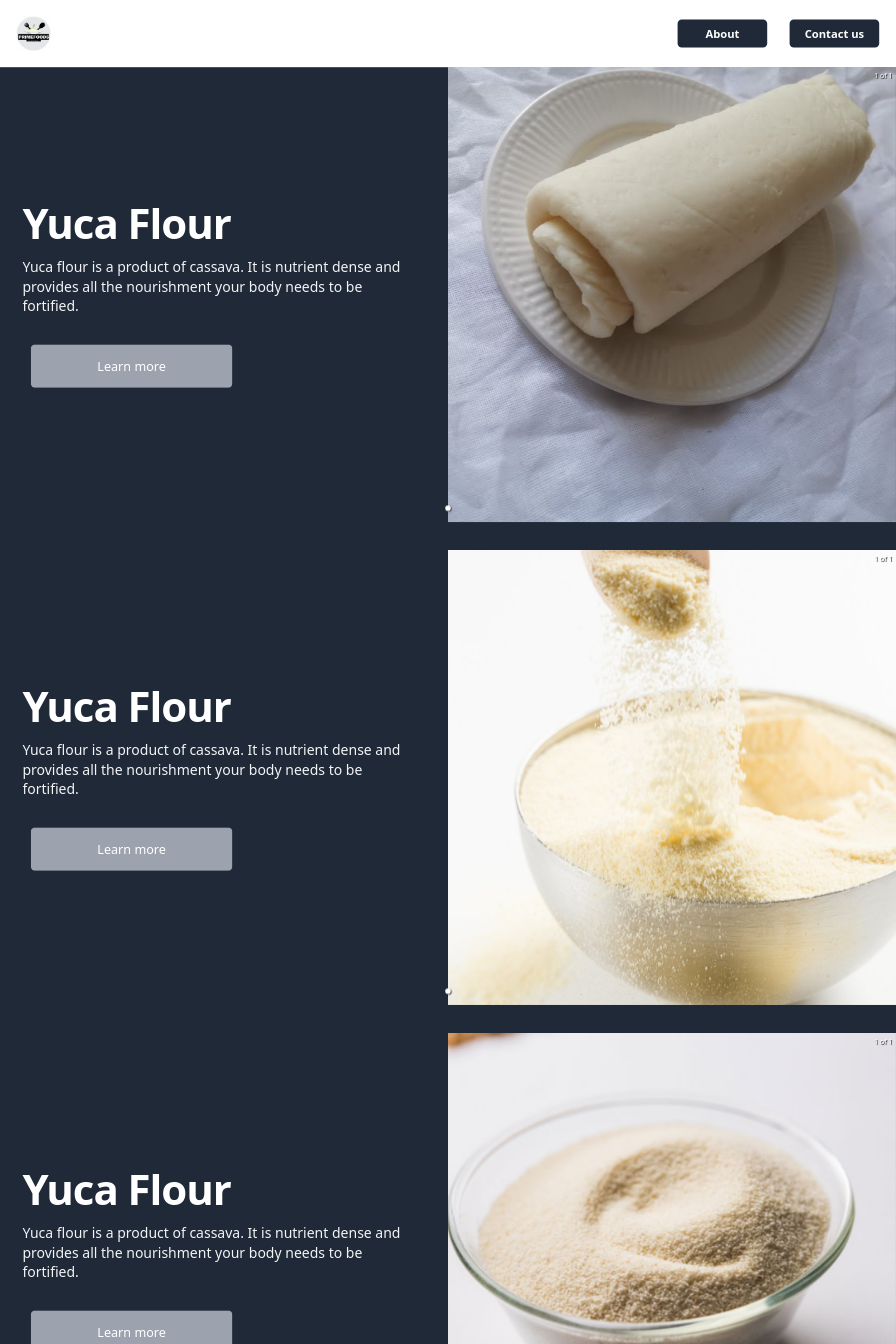
Repository: bellatrick/prime-foods
Page: /
The author's editor kept a copy of each file at every save. The page is drawn from the files as they stood at one save, then again after the next save.
The browser window is 1280 px wide. The pictures show the part of the page from y = 0 to 1920 px (the page is 3732 px tall before and 3816 px after), at 70% of full size.
Some web fonts or font styles are not loaded; a fallback is used. The project was rebuilt for these pictures with package versions that can differ from the ones it lists, and the page was loaded fresh each time.

Above is the page before, as saved 2022-05-01 11:59:07.

### public/index.html
<!DOCTYPE html>
<html lang="en">
  <head>
    <meta charset="utf-8" />
    <link rel="icon" href="%PUBLIC_URL%/favicon.ico" />
    <meta name="viewport" content="width=device-width, initial-scale=1" />
    <meta name="theme-color" content="#000000" />
    <meta
      name="description"
      content="Web site created using create-react-app"
    />
    <link rel="apple-touch-icon" href="%PUBLIC_URL%/logo192.png" />
    <link rel="preconnect" href="https://fonts.googleapis.com" />
    <link rel="preconnect" href="https://fonts.gstatic.com" crossorigin />
    <link
      href="https://fonts.googleapis.com/css2?family=Dancing+Script:wght@400;500;600;700&family=Inter:wght@100;200;300;400;500;700;900&family=Kavoon&display=swap"
      rel="stylesheet"
    />
    <!--
      manifest.json provides metadata used when your web app is installed on a
      user's mobile device or desktop. See https://developers.google.com/web/fundamentals/web-app-manifest/
    -->
    <link rel="manifest" href="%PUBLIC_URL%/manifest.json" />
    <!--
      Notice the use of %PUBLIC_URL% in the tags above.
      It will be replaced with the URL of the `public` folder during the build.
      Only files inside the `public` folder can be referenced from the HTML.

      Unlike "/favicon.ico" or "favicon.ico", "%PUBLIC_URL%/favicon.ico" will
      work correctly both with client-side routing and a non-root public URL.
      Learn how to configure a non-root public URL by running `npm run build`.
    -->
    <title>React App</title>
  </head>
  <body>
    <noscript>You need to enable JavaScript to run this app.</noscript>
    <div id="root"></div>
    <!--
      This HTML file is a template.
      If you open it directly in the browser, you will see an empty page.

      You can add webfonts, meta tags, or analytics to this file.
      The build step will place the bundled scripts into the <body> tag.

      To begin the development, run `npm start` or `yarn start`.
      To create a production bundle, use `npm run build` or `yarn build`.
    -->
  </body>
</html>

### src/App.js
import Hero from './components/Hero'
import Features from './components/Features'
import Cta from './components/Cta'
import Footer from './components/Footer'
import './App.css';

function App() {
  return (
    <div className="App">
     <Hero/>
     <Features/>
     <Cta/>
     <Footer/>
    </div>
  );
}

export default App;

### src/components/Hero.jsx
import { Popover } from "@headlessui/react";
import img1 from "../assets/img7.jpg";
import img2 from "../assets/img8.jpg";
import img3 from "../assets/img9.jpg";
import logo from "../assets/prime.jpg";
import Fade from "react-reveal/Fade";
import "react-responsive-carousel/lib/styles/carousel.min.css"; // requires a loader
import { Carousel } from "react-responsive-carousel";
export default function Example() {
  const images = [img1, img2, img3];
  const carouselProps={
    centerMode:true,
    autoPlay:true
  }
  return (
    <div className="relative bg-gray-800">
      <Popover className="relative bg-white shadow">
        <div className="max-w-7xl mx-auto px-4 sm:px-6">
          <div className="flex justify-between items-center py-6  md:space-x-10">
            <div className="flex justify-start lg:w-0 lg:flex-1">
              <img
                src={logo}
                alt=""
                className="h-12 w-auto sm:h-12 object-fill"
              />
            </div>
            <div className="flex gap-8 text-white font-bold cursor-pointer  ">
              <a
                className="hover:bg-gray-400 hover:text-white w-32 py-2 text-white bg-gray-800 rounded-md"
                href="#About"
              >
                About{" "}
              </a>
              <a
                className="hover:bg-gray-400 hover:text-white w-32 py-2 text-white bg-gray-800 rounded-md"
                href="#contact-us"
              >
                Contact us
              </a>
            </div>
          </div>
        </div>
      </Popover>

      {images.map((image) => (
        <Carousel >
          <main className="lg:relative">
            <div className="mx-auto max-w-7xl w-full pt-16 pb-20 text-center lg:py-48 lg:text-left">
              <div className="px-4 lg:w-1/2 sm:px-8 xl:pr-16">
                <Fade left opposite>
                  <h1 className="text-4xl tracking-tight font-extrabold text-white sm:text-5xl md:text-6xl lg:text-5xl xl:text-6xl">
                    <span className="block xl:inline">Yuca Flour</span>{" "}
                  </h1>
                </Fade>
                <Fade right opposite>
                  <p className="mt-3 max-w-md mx-auto text-lg text-gray-100 sm:text-xl md:mt-5 md:max-w-3xl">
                    Yuca flour is a product of cassava. It is nutrient dense and
                    provides all the nourishment your body needs to be
                    fortified.
                  </p>
                </Fade>

                <div className="mt-10 flex justify-center lg:justify-start">
                  <div className="mt-3 sm:mt-0 sm:ml-3">
                    <a
                      href="#About"
                      className="w-72 z-10 flex items-center justify-center px-8 py-2 border border-transparent text-base font-medium rounded-md hover:bg-gray-900 text-white bg-gray-400  cursor-pointer md:py-4 md:text-lg md:px-10"
                    >
                      Learn more
                    </a>
                  </div>
                </div>
              </div>
            </div>

            <Fade bottom opposite>
              <div className="relative w-full h-64 sm:h-72 md:h-96 lg:absolute lg:inset-y-0 lg:right-0 lg:w-1/2 lg:h-full">
                <img
                  className="absolute inset-0 w-full h-full object-cover"
                  src={image}
                  alt=""
                />
              </div>
            </Fade>
          </main>
        </Carousel>
      ))}
      <div className="absolute bottom-0 left-0 right-0 w-full">
        <svg
          xmlns="http://www.w3.org/2000/svg"
          viewBox="0 0 1440 320"
          className="h-48  z-0"
        >
          <path
            fill="#fff"
            fill-opacity="1"
            d="M0,288L48,272C96,256,192,224,288,197.3C384,171,480,149,576,165.3C672,181,768,235,864,250.7C960,267,1056,245,1152,250.7C1248,256,1344,288,1392,304L1440,320L1440,320L1392,320C1344,320,1248,320,1152,320C1056,320,960,320,864,320C768,320,672,320,576,320C480,320,384,320,288,320C192,320,96,320,48,320L0,320Z"
          ></path>
        </svg>
      </div>
    </div>
  );
}

### src/components/Features.jsx
import img1 from "../assets/img2.jpg";
import img2 from "../assets/img3.png";
import img3 from "../assets/img4.jfif";
import Fade from "react-reveal/Fade";
const posts = [
  {
    title: "Yuca flour is as healthy as it can get",
    description:
      "Yuca does not contain trans fatty acids, saturated fats or cholesterol. This helps to greatly reduce the risk of high cholesterol as well as heart disease.",
    imageUrl: img2,
  },
  {
    title: " Low in Calories and Gives energy",
    description:
      "Carbohydrates are the body’s main source of energy and at least, a third of your diet should include carb-rich foods like Yuca flour",
    imageUrl: img1,

  },
  {
    title: "Protects the heart",
    description:
      "Yuca is rich in nutrients like fiber, folate, and magnesium – all of which boost heart function and may reduce your risk of heart disease",
    imageUrl: img3,
  },
];

export default function Example() {
  return (
    <div className="relative bg-gray-50 pt-16 pb-20 px-4 sm:px-6 lg:pt-24 lg:pb-28 lg:px-8" id='About'>
      <div className="absolute inset-0">
        <div className="bg-white h-1/3 sm:h-2/3" />
      </div>
      <div className="relative max-w-7xl mx-auto">
        <div className="text-center">
          <h2 className="text-3xl tracking-tight font-extrabold text-gray-600 sm:text-4xl">
            About Yuca Flour
          </h2>
          <p className="mt-3 max-w-2xl mx-auto text-xl text-gray-500 sm:mt-4">
            Lorem ipsum dolor sit amet consectetur, adipisicing elit. Ipsa
            libero labore natus atque, ducimus sed.
          </p>
        </div>
        <>
          <div className="mt-12 max-w-lg mx-auto grid gap-5 lg:grid-cols-3 lg:max-w-none">
            {posts.map((post) => (
              <Fade cascade opposite left>
                <div
                  key={post.title}
                  className="flex flex-col rounded-lg shadow-lg overflow-hidden"
                >
                  <div className="flex-shrink-0">
                    <img
                      className="h-48 w-full object-cover"
                      src={post.imageUrl}
                      alt="feature img"
                    />
                  </div>
                  <div className="flex-1 bg-white p-6 flex flex-col justify-between">
                    <div className="flex-1">
                      <a href={post.href} className="block mt-2">
                        <p className="text-xl font-semibold text-gray-600">
                          {post.title}
                        </p>
                        <p className="mt-3 text-base text-gray-500">
                          {post.description}
                        </p>
                      </a>
                    </div>
                    <div className="mt-6 flex items-center"></div>
                  </div>
                </div>
              </Fade>
            ))}
          </div>
        </>
      </div>
    </div>
  );
}

### src/components/Cta.jsx
import img1 from "../assets/img9.jpg";
import Slide from "react-reveal/Slide";
import Fade from "react-reveal/Fade";
export default function Example() {
  return (
    <div className="bg-white relative" id="contact-us">
         <div className="absolute bottom-0 left-0 right-0">
        <svg xmlns="http://www.w3.org/2000/svg" viewBox="0 0 1440 320">
          <path
            fill="#fff"
            fill-opacity="1"
            d="M0,288L48,272C96,256,192,224,288,197.3C384,171,480,149,576,165.3C672,181,768,235,864,250.7C960,267,1056,245,1152,250.7C1248,256,1344,288,1392,304L1440,320L1440,320L1392,320C1344,320,1248,320,1152,320C1056,320,960,320,864,320C768,320,672,320,576,320C480,320,384,320,288,320C192,320,96,320,48,320L0,320Z"
          ></path>
        </svg>
      </div>
      <div className="max-w-7xl mx-auto py-16 px-4 sm:px-6 lg:px-8">
        <div className="bg-gray-800 rounded-lg shadow-xl overflow-hidden lg:grid lg:grid-cols-2 lg:gap-4">
          <div className="pt-6 pb-12 px-6 sm:pt-10 sm:px-16 lg:py-16 lg:pr-0 xl:py-16 xl:px-20">
            <div className="lg:self-center">
              <h2 className="text-2xl font-extrabold text-white sm:text-4xl">
                <Fade left>
                  <span className="block">Ready to dive in?</span>
                </Fade>
                <Fade right>
                  {" "}
                  <span className="block text-gray-300">Contact us today!</span>
                </Fade>
              </h2>
              <Slide left>
                {" "}
                <p className="mt-4 text-lg leading-6 text-white">
                  Delivery is speedy and arrives at your doorstep in no time!
                </p>
              </Slide>
              <Slide left>
                <div className="mt-4 flex justify-center sm:mt-8 sm:ml-3 cursor-pointer">
                  <a
                    href={`https://wa.me/${'+2348108932677'}/?text=${'Hello, i just got off your website and i would like to...'}`}
                    rel="noreferrer"
                    className=" flex items-center justify-center px-8 py-3 border border-transparent text-base font-medium rounded-md bg-white text-gray-600 hover:bg-gray-400 hover:text-white cursor-pointer md:py-4 md:text-lg md:px-10"
                  >
                    Contact us
                  </a>
                </div>
              </Slide>
            </div>
          </div>{" "}
          <div className="-mt-6 aspect-w-5 aspect-h-3 md:aspect-w-2 md:aspect-h-1">
            <Slide right>
              <img
                className="transform translate-x-6 translate-y-6 rounded-md object-cover object-left-top sm:translate-x-16 lg:translate-y-20"
                src={img1}
                alt="App screenshot"
              />
            </Slide>
          </div>
        </div>
      </div>

    </div>
  );
}

### src/components/Footer.jsx
/* This example requires Tailwind CSS v2.0+ */
const navigation = {
    social: [
      {
        name: 'Facebook',
        href: '#',
        icon: (props) => (
          <svg fill="currentColor" viewBox="0 0 24 24" {...props}>
            <path
              fillRule="evenodd"
              d="M22 12c0-5.523-4.477-10-10-10S2 6.477 2 12c0 4.991 3.657 9.128 8.438 9.878v-6.987h-2.54V12h2.54V9.797c0-2.506 1.492-3.89 3.777-3.89 1.094 0 2.238.195 2.238.195v2.46h-1.26c-1.243 0-1.63.771-1.63 1.562V12h2.773l-.443 2.89h-2.33v6.988C18.343 21.128 22 16.991 22 12z"
              clipRule="evenodd"
            />
          </svg>
        ),
      },
      {
        name: 'Instagram',
        href: '#',
        icon: (props) => (
          <svg fill="currentColor" viewBox="0 0 24 24" {...props}>
            <path
              fillRule="evenodd"
              d="M12.315 2c2.43 0 2.784.013 3.808.06 1.064.049 1.791.218 2.427.465a4.902 4.902 0 011.772 1.153 4.902 4.902 0 011.153 1.772c.247.636.416 1.363.465 2.427.048 1.067.06 1.407.06 4.123v.08c0 2.643-.012 2.987-.06 4.043-.049 1.064-.218 1.791-.465 2.427a4.902 4.902 0 01-1.153 1.772 4.902 4.902 0 01-1.772 1.153c-.636.247-1.363.416-2.427.465-1.067.048-1.407.06-4.123.06h-.08c-2.643 0-2.987-.012-4.043-.06-1.064-.049-1.791-.218-2.427-.465a4.902 4.902 0 01-1.772-1.153 4.902 4.902 0 01-1.153-1.772c-.247-.636-.416-1.363-.465-2.427-.047-1.024-.06-1.379-.06-3.808v-.63c0-2.43.013-2.784.06-3.808.049-1.064.218-1.791.465-2.427a4.902 4.902 0 011.153-1.772A4.902 4.902 0 015.45 2.525c.636-.247 1.363-.416 2.427-.465C8.901 2.013 9.256 2 11.685 2h.63zm-.081 1.802h-.468c-2.456 0-2.784.011-3.807.058-.975.045-1.504.207-1.857.344-.467.182-.8.398-1.15.748-.35.35-.566.683-.748 1.15-.137.353-.3.882-.344 1.857-.047 1.023-.058 1.351-.058 3.807v.468c0 2.456.011 2.784.058 3.807.045.975.207 1.504.344 1.857.182.466.399.8.748 1.15.35.35.683.566 1.15.748.353.137.882.3 1.857.344 1.054.048 1.37.058 4.041.058h.08c2.597 0 2.917-.01 3.96-.058.976-.045 1.505-.207 1.858-.344.466-.182.8-.398 1.15-.748.35-.35.566-.683.748-1.15.137-.353.3-.882.344-1.857.048-1.055.058-1.37.058-4.041v-.08c0-2.597-.01-2.917-.058-3.96-.045-.976-.207-1.505-.344-1.858a3.097 3.097 0 00-.748-1.15 3.098 3.098 0 00-1.15-.748c-.353-.137-.882-.3-1.857-.344-1.023-.047-1.351-.058-3.807-.058zM12 6.865a5.135 5.135 0 110 10.27 5.135 5.135 0 010-10.27zm0 1.802a3.333 3.333 0 100 6.666 3.333 3.333 0 000-6.666zm5.338-3.205a1.2 1.2 0 110 2.4 1.2 1.2 0 010-2.4z"
              clipRule="evenodd"
            />
          </svg>
        ),
      },
      {
        name: 'Twitter',
        href: '#',
        icon: (props) => (
          <svg fill="currentColor" viewBox="0 0 24 24" {...props}>
            <path d="M8.29 20.251c7.547 0 11.675-6.253 11.675-11.675 0-.178 0-.355-.012-.53A8.348 8.348 0 0022 5.92a8.19 8.19 0 01-2.357.646 4.118 4.118 0 001.804-2.27 8.224 8.224 0 01-2.605.996 4.107 4.107 0 00-6.993 3.743 11.65 11.65 0 01-8.457-4.287 4.106 4.106 0 001.27 5.477A4.072 4.072 0 012.8 9.713v.052a4.105 4.105 0 003.292 4.022 4.095 4.095 0 01-1.853.07 4.108 4.108 0 003.834 2.85A8.233 8.233 0 012 18.407a11.616 11.616 0 006.29 1.84" />
          </svg>
        ),
      },
    ],
  }

  export default function Example() {
    return (
      <footer className="bg-gray-800">
        <div className="max-w-7xl mx-auto py-12 px-4 overflow-hidden sm:px-6 lg:px-8">
          <div className="mt-8 flex justify-center space-x-6">
            {navigation.social.map((item) => (
              <a key={item.name} href={item.href} className="text-gray-100 hover:text-gray-200">
                <span className="sr-only">{item.name}</span>
                <item.icon className="h-6 w-6" aria-hidden="true" />
              </a>
            ))}
          </div>
          <p className="mt-8 text-center text-base text-gray-100">&copy; 2022 Prime foods. All rights reserved.</p>
        </div>
      </footer>
    )
  }

### tailwind.config.js
module.exports = {
  content: ["./src/**/*.{js,jsx,ts,tsx}"],
  theme: {
    extend: {
      colors: {
        primary: "#do380c",
      },
      fontFamily: {
        body: ["Inter", "sans-serif"],
        logo: ["Dancing Script", "cursive"],
      },
    },
  },
  plugins: [],
};

Loaded but not shown: src/index.js (common file); src/index.css (common file); src/reportWebVitals.js (common file); src/App.css (common file)

After the next save:
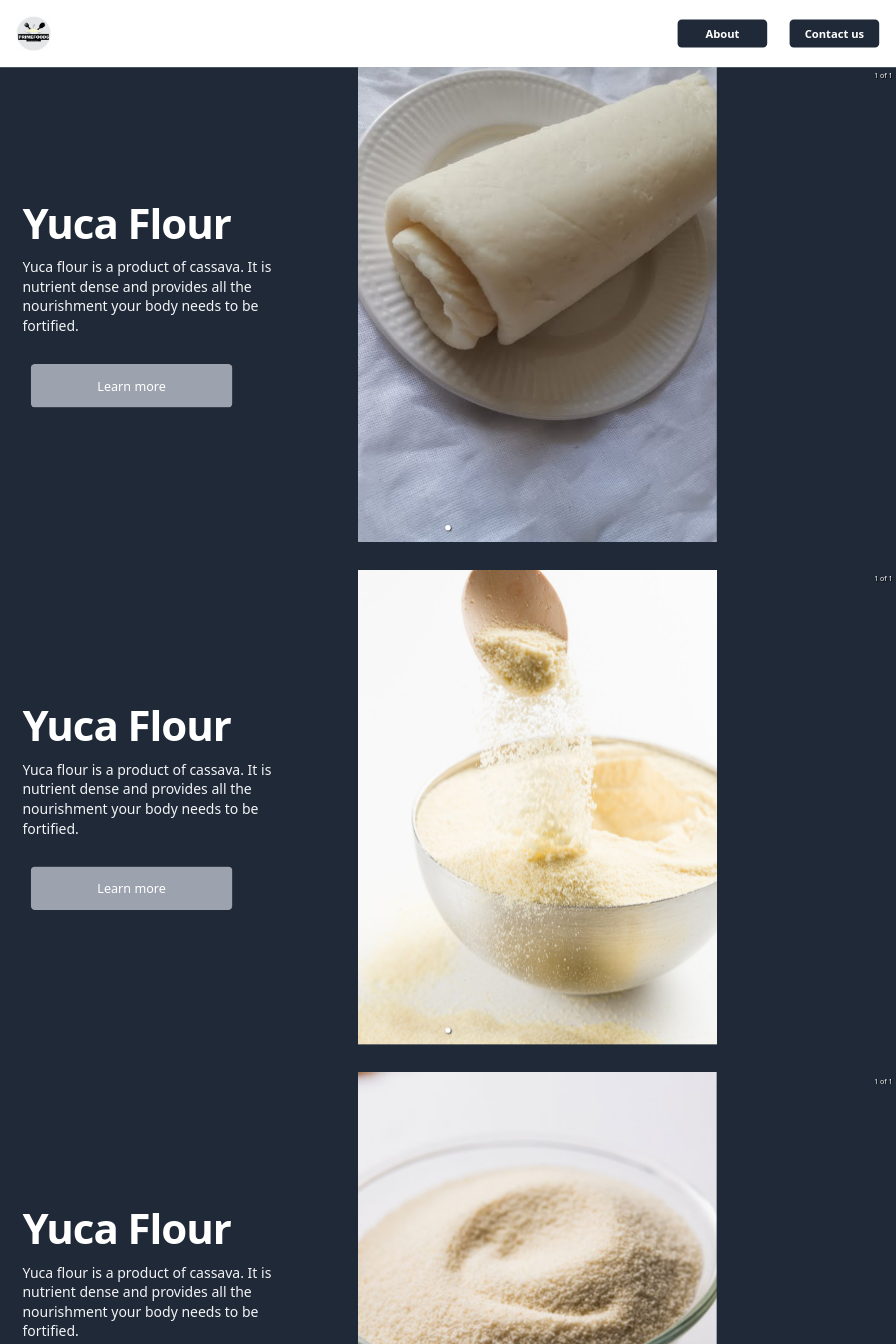
Saved 6 s later.
--- a/src/components/Hero.jsx
+++ b/src/components/Hero.jsx
@@ -43,7 +43,7 @@ export default function Example() {
       </Popover>
 
       {images.map((image) => (
-        <Carousel >
+        <Carousel {...carouselProps}>
           <main className="lg:relative">
             <div className="mx-auto max-w-7xl w-full pt-16 pb-20 text-center lg:py-48 lg:text-left">
               <div className="px-4 lg:w-1/2 sm:px-8 xl:pr-16">
